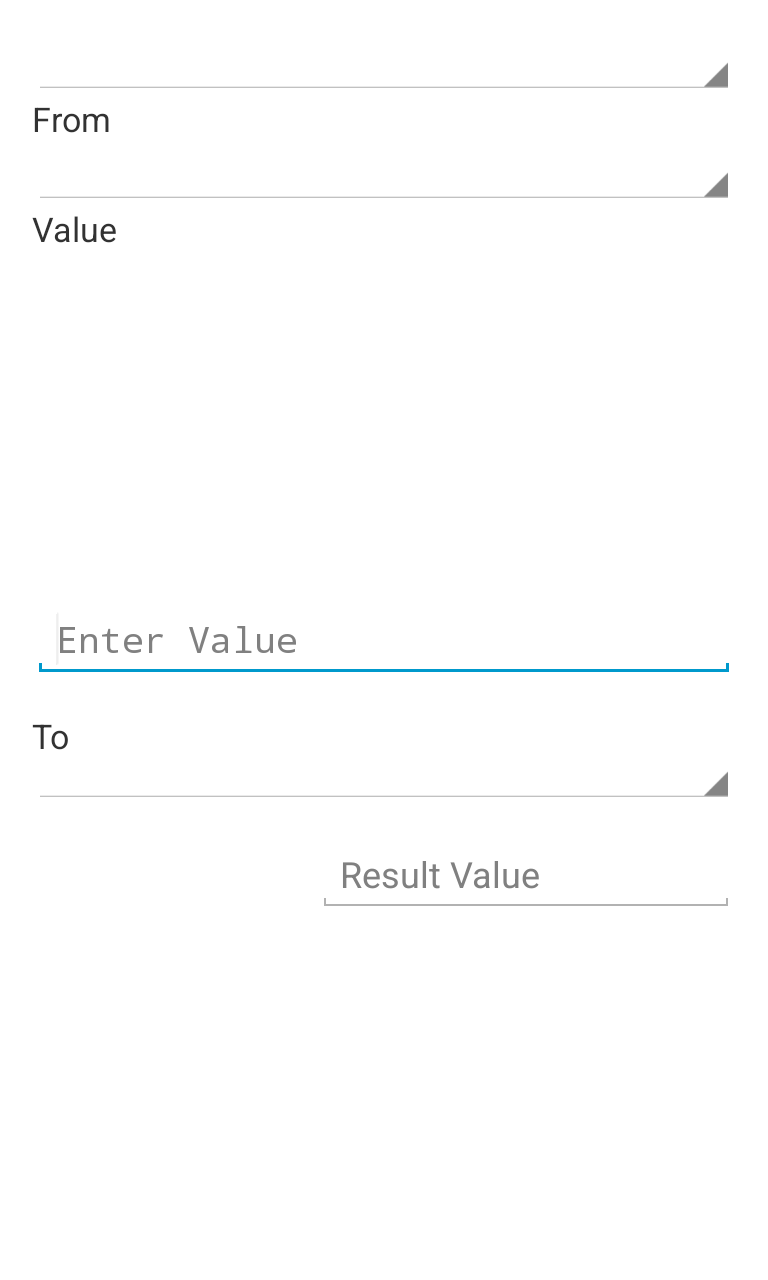
Repository: nisithasadangi/Demo_Nisith
Layout: Converter/res/layout/activity_main.xml
The author's editor kept a copy of each file at every save. The layout is drawn from the files as they stood at one save, then again after the next save.
It is drawn on a 768 x 1280 px phone screen (xhdpi) without system bars, with theme AppTheme; the app's code is not run.

Above is the layout before, as saved 2015-09-26 06:30:01.

### Converter/res/layout/activity_main.xml
<RelativeLayout xmlns:android="http://schemas.android.com/apk/res/android"
    xmlns:tools="http://schemas.android.com/tools"
    android:layout_width="match_parent"
    android:layout_height="match_parent"
    android:paddingBottom="@dimen/activity_vertical_margin"
    android:paddingLeft="@dimen/activity_horizontal_margin"
    android:paddingRight="@dimen/activity_horizontal_margin"
    android:paddingTop="@dimen/activity_vertical_margin"
    tools:context=".MainActivity" >

    <Spinner
        android:id="@+id/tounitspinner"
        android:layout_width="fill_parent"
        android:layout_height="wrap_content"
        android:layout_alignRight="@+id/entervalueeditText"
        android:layout_below="@+id/entervalueeditText"
        android:layout_marginTop="31dp" />

    <TextView
        android:id="@+id/textView3"
        android:layout_width="wrap_content"
        android:layout_height="wrap_content"
        android:layout_alignLeft="@+id/textView1"
        android:layout_below="@+id/entervalueeditText"
        android:layout_marginTop="17dp"
        android:text="To"
        android:textSize="17dp"
        android:textAppearance="?android:attr/textAppearanceSmall" />

    <EditText
        android:id="@+id/resultvalueeditText"
        android:layout_width="wrap_content"
        android:layout_height="wrap_content"
        android:layout_alignRight="@+id/tounitspinner"
        android:layout_below="@+id/tounitspinner"
        android:layout_marginTop="15dp"
        android:ems="10"
        android:hint="Result Value" />

    <Button
        android:id="@+id/resultbutton"
        style="?android:attr/buttonStyleSmall"
        android:layout_width="wrap_content"
        android:layout_height="wrap_content"
        android:layout_alignTop="@+id/resultvalueeditText"
        android:layout_toLeftOf="@+id/entervalueeditText"
        android:text="Result" />

    <EditText
        android:id="@+id/entervalueeditText"
        android:layout_width="fill_parent"
        android:layout_height="wrap_content"
        android:layout_alignParentRight="true"
        android:layout_centerVertical="true"
        android:ems="10"
        android:hint="Enter Value"
        android:inputType="textPassword" >

        <requestFocus />
    </EditText>

    <Spinner
        android:id="@+id/unitspinner"
        style="@style/AppBaseTheme"
        android:layout_width="fill_parent"
        android:layout_height="wrap_content"
        android:layout_alignRight="@+id/entervalueeditText" />

    <TextView
        android:id="@+id/textView1"
        android:layout_width="wrap_content"
        android:layout_height="wrap_content"
        android:layout_alignLeft="@+id/resultbutton"
        android:layout_below="@+id/unitspinner"
        android:text="From"
        android:textAppearance="?android:attr/textAppearanceSmall"
        android:textSize="17dp" />

    <Spinner
        android:id="@+id/fromunitspinner"
        android:layout_width="fill_parent"
        android:layout_height="wrap_content"
        android:layout_alignLeft="@+id/unitspinner"
        android:layout_below="@+id/textView1" />

    <TextView
        android:id="@+id/textView2"
        android:layout_width="wrap_content"
        android:layout_height="wrap_content"
        android:layout_alignLeft="@+id/textView1"
        android:layout_below="@+id/fromunitspinner"
        android:text="Value"
        android:textAppearance="?android:attr/textAppearanceSmall"
        android:textSize="17dp" />

</RelativeLayout>

Loaded but not shown: Converter/res/values/styles.xml (common file); Converter/res/values-v11/styles.xml (common file); Converter/res/values-v14/styles.xml (common file); Converter/res/values/dimens.xml (common file)

After the next save:
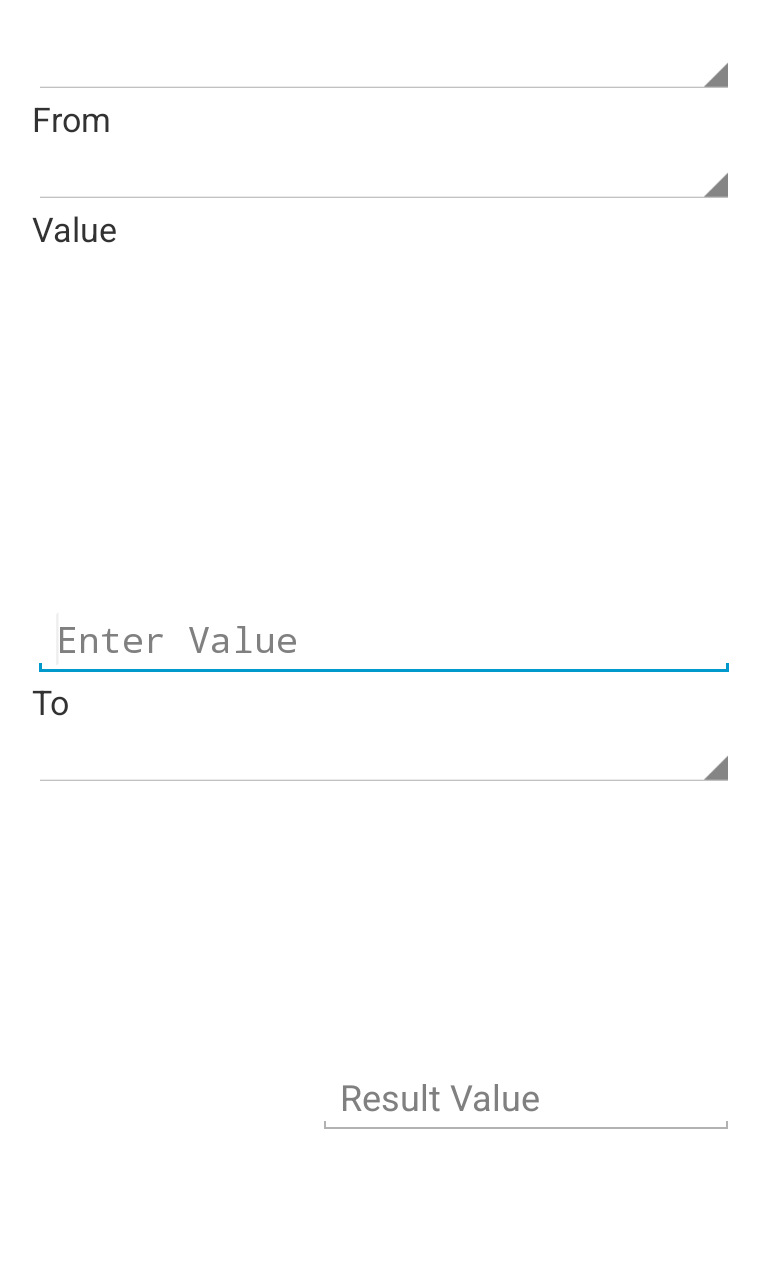
Saved 2 min 12 s later.
--- a/Converter/res/layout/activity_main.xml
+++ b/Converter/res/layout/activity_main.xml
@@ -7,44 +7,6 @@
     android:paddingRight="@dimen/activity_horizontal_margin"
     android:paddingTop="@dimen/activity_vertical_margin"
     tools:context=".MainActivity" >
-
-    <Spinner
-        android:id="@+id/tounitspinner"
-        android:layout_width="fill_parent"
-        android:layout_height="wrap_content"
-        android:layout_alignRight="@+id/entervalueeditText"
-        android:layout_below="@+id/entervalueeditText"
-        android:layout_marginTop="31dp" />
-
-    <TextView
-        android:id="@+id/textView3"
-        android:layout_width="wrap_content"
-        android:layout_height="wrap_content"
-        android:layout_alignLeft="@+id/textView1"
-        android:layout_below="@+id/entervalueeditText"
-        android:layout_marginTop="17dp"
-        android:text="To"
-        android:textSize="17dp"
-        android:textAppearance="?android:attr/textAppearanceSmall" />
-
-    <EditText
-        android:id="@+id/resultvalueeditText"
-        android:layout_width="wrap_content"
-        android:layout_height="wrap_content"
-        android:layout_alignRight="@+id/tounitspinner"
-        android:layout_below="@+id/tounitspinner"
-        android:layout_marginTop="15dp"
-        android:ems="10"
-        android:hint="Result Value" />
-
-    <Button
-        android:id="@+id/resultbutton"
-        style="?android:attr/buttonStyleSmall"
-        android:layout_width="wrap_content"
-        android:layout_height="wrap_content"
-        android:layout_alignTop="@+id/resultvalueeditText"
-        android:layout_toLeftOf="@+id/entervalueeditText"
-        android:text="Result" />
 
     <EditText
         android:id="@+id/entervalueeditText"
@@ -93,4 +55,40 @@
         android:textAppearance="?android:attr/textAppearanceSmall"
         android:textSize="17dp" />
 
+    <TextView
+        android:id="@+id/textView3"
+        android:layout_width="wrap_content"
+        android:layout_height="wrap_content"
+        android:layout_alignLeft="@+id/textView2"
+        android:layout_below="@+id/entervalueeditText"
+        android:text="To"
+        android:textAppearance="?android:attr/textAppearanceSmall"
+        android:textSize="17dp" />
+
+    <Spinner
+        android:id="@+id/tounitspinner"
+        android:layout_width="fill_parent"
+        android:layout_height="wrap_content"
+        android:layout_alignRight="@+id/entervalueeditText"
+        android:layout_below="@+id/textView3" />
+
+    <Button
+        android:id="@+id/resultbutton"
+        style="?android:attr/buttonStyleSmall"
+        android:layout_width="wrap_content"
+        android:layout_height="wrap_content"
+        android:layout_below="@+id/tounitspinner"
+        android:layout_toLeftOf="@+id/entervalueeditText"
+        android:text="Result" />
+
+    <EditText
+        android:id="@+id/resultvalueeditText"
+        android:layout_width="wrap_content"
+        android:layout_height="wrap_content"
+        android:layout_alignRight="@+id/tounitspinner"
+        android:layout_below="@+id/resultbutton"
+        android:layout_marginTop="17dp"
+        android:ems="10"
+        android:hint="Result Value" />
+
 </RelativeLayout>
